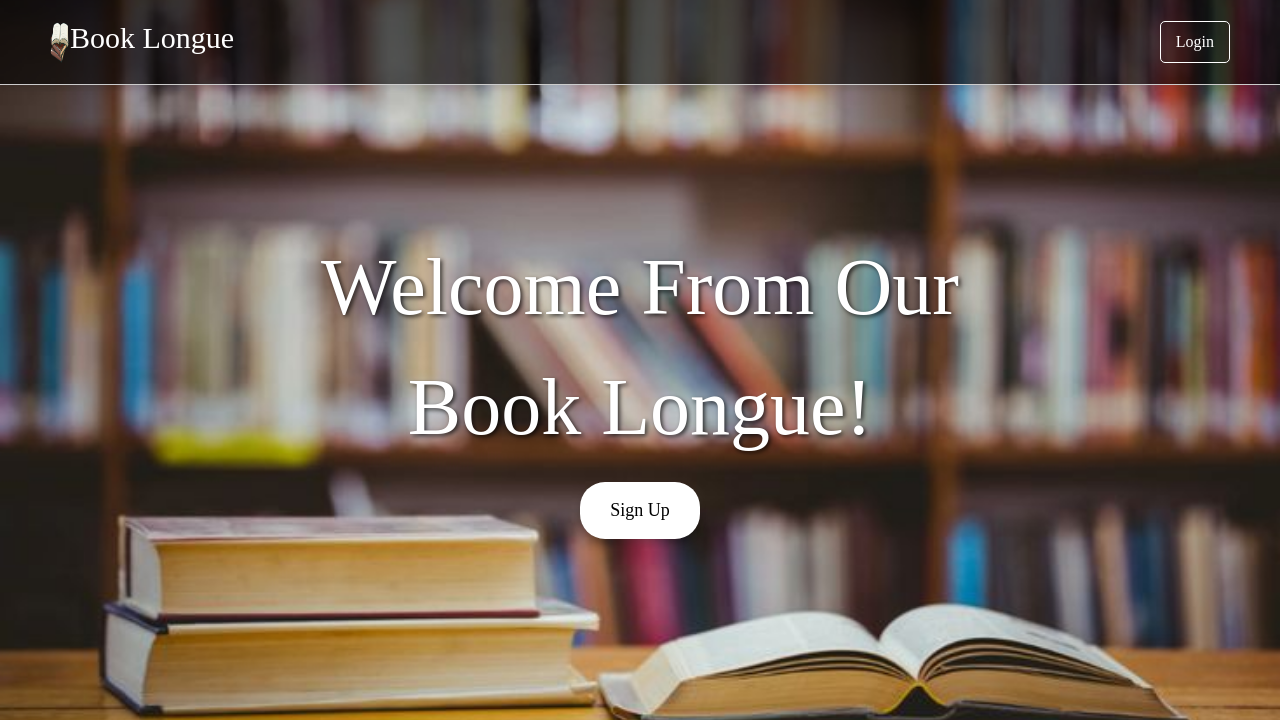
Repository: moehaymanmyint/Book-Longue-Web-System
Page: pages/GetStarted.html
These files come from the project's save history. The page is drawn as it stood at one moment and after the next save; the edit follows.
The browser window is 1280 px wide. The pictures show the whole page.
Some web fonts or font styles are not loaded; a fallback is used.

Above is the page before, as saved 2024-12-30 11:49:56.

### pages/GetStarted.html
<!DOCTYPE html>
<html lang="en">
<head>
    <meta charset="UTF-8">
    <meta name="viewport" content="width=device-width, initial-scale=1.0">
    <title>Book Longue - Get Started</title>
    <link href="https://cdn.jsdelivr.net/npm/bootstrap@5.3.3/dist/css/bootstrap.min.css" rel="stylesheet" integrity="sha384-QWTKZyjpPEjISv5WaRU9OFeRpok6YctnYmDr5pNlyT2bRjXh0JMhjY6hW+ALEwIH" crossorigin="anonymous">
    <script src="https://cdn.jsdelivr.net/npm/bootstrap@5.3.3/dist/js/bootstrap.bundle.min.js" integrity="sha384-YvpcrYf0tY3lHB60NNkmXc5s9fDVZLESaAA55NDzOxhy9GkcIdslK1eN7N6jIeHz" crossorigin="anonymous"></script>
    <link rel="stylesheet" href="../style/GetStarted.css">
    <link rel="stylesheet" href="https://cdnjs.cloudflare.com/ajax/libs/font-awesome/6.7.2/css/all.min.css" integrity="sha512-Evv84Mr4kqVGRNSgIGL/F/aIDqQb7xQ2vcrdIwxfjThSH8CSR7PBEakCr51Ck+w+/U6swU2Im1vVX0SVk9ABhg==" crossorigin="anonymous" referrerpolicy="no-referrer" />
    <link rel="preconnect" href="https://fonts.googleapis.com">
</head>
<body>
    <div class="nav-bar">
        <div class="left">
            <img src="../src/logo.png" alt="" width="20px">
            <h1>Book Longue</h1>
        </div>
        <div class="right">
            <button type="button" class="login-btn btn btn-light"><a href="../pages/login.html">Login</a></button>
        </div>
    </div>
    <div class="content">
        <h1>Welcome From Our<br>Book Longue!</h1>
        <button type="button" class="btn btn-light"><a href="../pages/signup.html">Sign Up</a></button>
    </div>
</body>
</html>

### style/GetStarted.css
@import url('https://fonts.googleapis.com/css2?family=Playwrite+GB+S:ital,wght@0,100..400;1,100..400&display=swap');
*{
    font-family: "Playwrite GB S", serif;
}
body {
    background-image: url(../src/GetStart-bg.jpg);
    background-size: cover;
    background-repeat: no-repeat;
    background-position: center;
    height: 100vh;
    color: #ffffff;
    font-family: 'Arial', sans-serif;
    margin: 0;
}

.nav-bar {
    display: flex;
    justify-content: space-between;
    align-items: center;
    padding: 20px 50px;
    background-color: rgba(0, 0, 0, 0.6);
    border-bottom: 1px solid #ccc;
    position: fixed;
    width: 100%;
    z-index: 10;
    box-shadow: 0px 4px 6px rgba(0, 0, 0, 0.1);
}

.nav-bar .left{
    display: flex;
    justify-content: center;
}

.nav-bar .left i {
    font-size: 35px;
    margin-right: 15px;
    color: #fff;
}

.nav-bar h1 {
    font-size: 30px;
    color: #fff;
}

.nav-bar button {
    border: 1px solid #fff;
    background-color: transparent;
    color: #fff;
    padding: 8px 15px;
    border-radius: 5px;
    cursor: pointer;
    transition: 0.3s;
}

.nav-bar button:hover {
    background-color: #fff;
    color: #000;
}

.right a {
    text-decoration: none;
    color: white;
}

.right a:hover{
    color: #000;
}

.content a {
    text-decoration: none;
    color: black;
}

.content {
    display: flex;
    flex-direction: column;
    align-items: center;
    justify-content: center;
    text-align: center;
    height: 100%;
    padding-top: 30px;
}

.content h1 {
    font-size: 80px;
    text-align: center;
    line-height: 1.5;
    margin: 15px 0;
    color: #ffffff;
    text-shadow: 2px 2px 4px rgba(0, 0, 0, 0.7);
}
.content button {
    border: none;
    padding: 15px 30px;
    font-size: 18px;
    color: #000;
    background-color: #fff;
    border-radius: 25px;
    cursor: pointer;
    box-shadow: 0px 4px 6px rgba(0, 0, 0, 0.2);
    transition: 0.3s;
}

.content button:hover {
    background-color: #9d2f2f;
    color: #fff;
    transform: translateY(-2px);
}

After the next save:
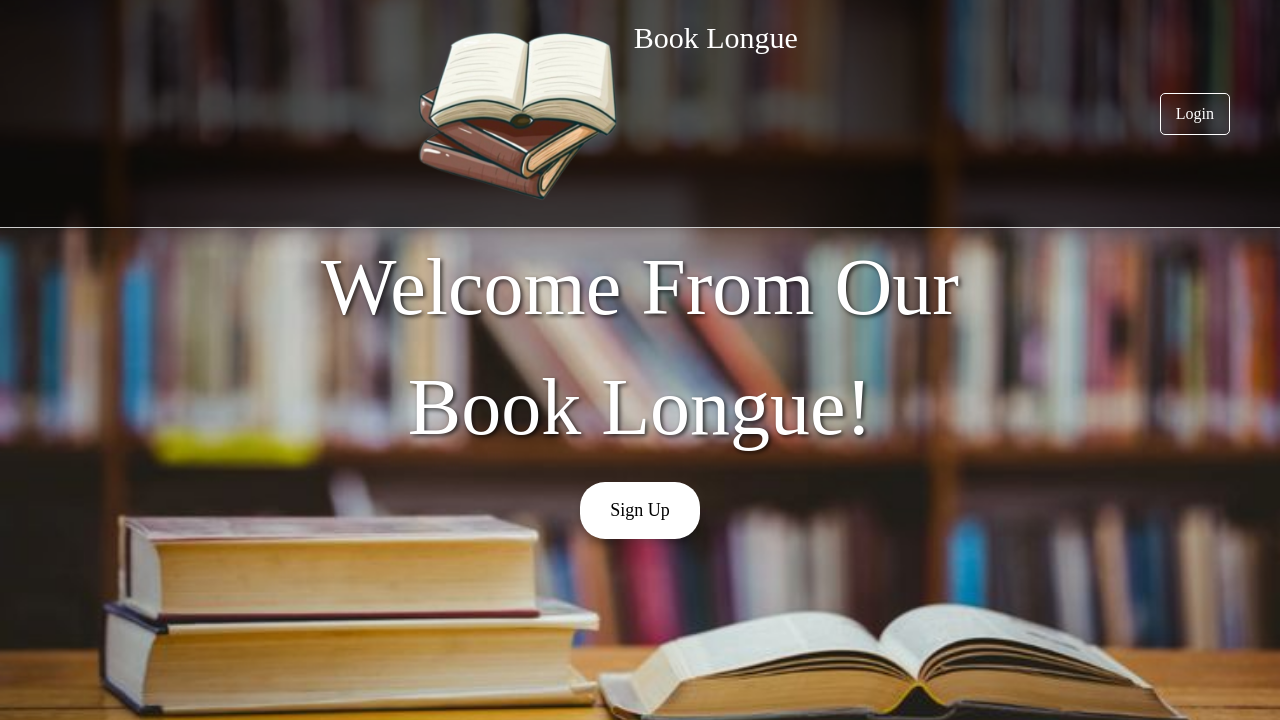
Saved 6 s later.
--- a/pages/GetStarted.html
+++ b/pages/GetStarted.html
@@ -13,7 +13,7 @@
 <body>
     <div class="nav-bar">
         <div class="left">
-            <img src="../src/logo.png" alt="" width="20px">
+            <img src="../src/logo.png" alt="" width="20%">
             <h1>Book Longue</h1>
         </div>
         <div class="right">
